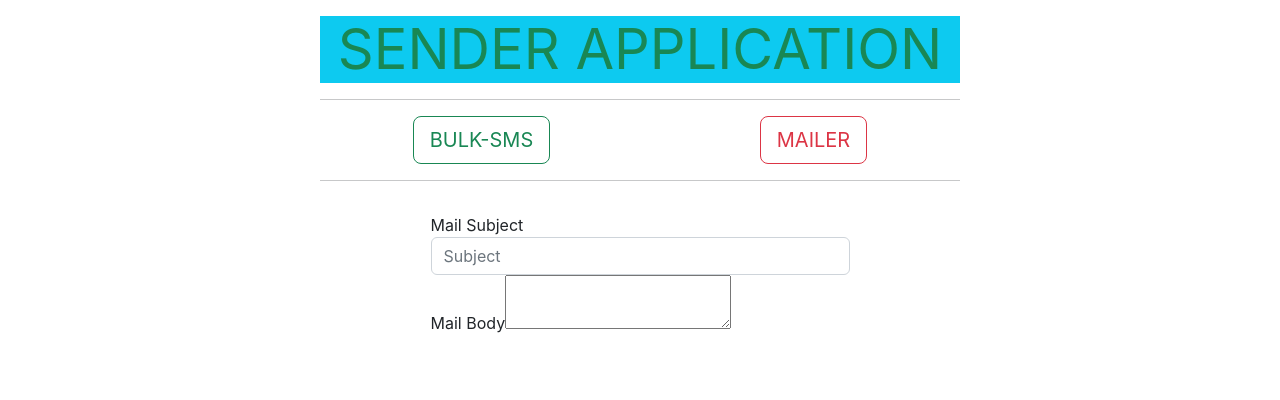
Repository: oluwaseyi9325/react-redux
Page: /
The author's editor kept a copy of each file at every save. The page is drawn from the files as they stood at one save, then again after a run of saves.
The browser window is 1280 px wide. The pictures show the whole page.
The project was rebuilt for these pictures with package versions that can differ from the ones it lists, and the page was loaded fresh each time. Also part of the build but not shown: src/Pages/NotFond.tsx.

Above is the page before, as saved 2023-04-18 17:25:38.

After the next 2 saves:
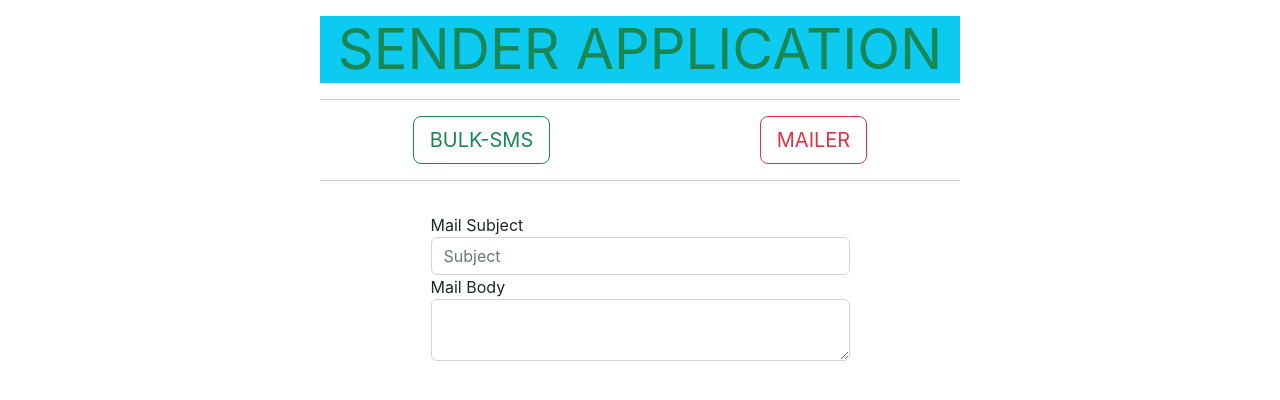
The 2 saves are shown as one change because they came seconds apart.
The last was saved 10 s later.
--- a/src/Pages/Mailer.tsx
+++ b/src/Pages/Mailer.tsx
@@ -17,7 +17,7 @@ const Mailer = () => {
                     </div>
                     <div>
                     <label>Mail Body</label>
-                        <textarea>
+                        <textarea className='form-control'>
 
                         </textarea>
                     </div>
